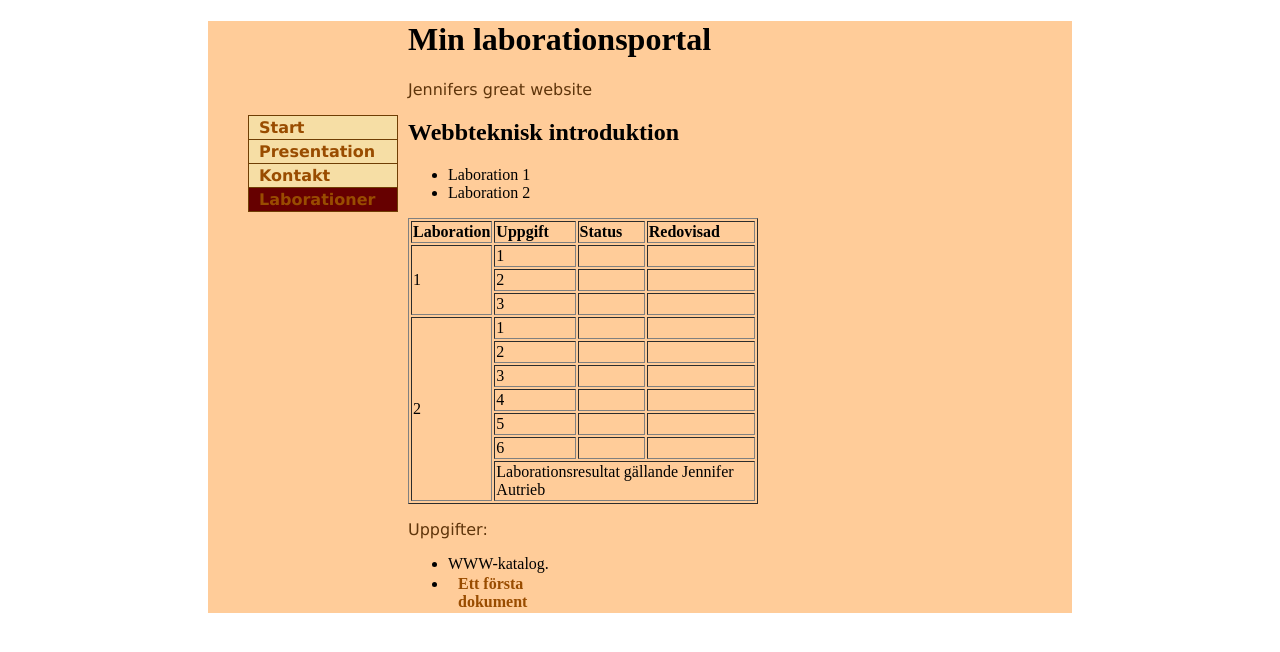
Repository: JeAut/1ik415-JeAut-laborationer
Page: WWW/pages/laborationer.html
The author's editor kept a record of every edit. The page is drawn from the files as they stood at one moment, then again after the next edit.
The browser window is 1280 px wide. The pictures show the whole page.

Above is the page before.

### WWW/pages/laborationer.html
<!DOCTYPE html>
<html>
    <head>
        <meta http-equiv="content-type" content="text/html; charset=utf-8" />
        <title>Laborationer</title>

        <link rel="stylesheet" href="../../css/style.css"/>
    </head>
    <body>
        <div id="body">
        <div id="header"><h1>Min laborationsportal</h1>
        <p>Jennifers great website</p>
        </div>

        <ul class="sidemenu">
            <div id="navigation">
            <div id="bc">
            <div id="ulsidemenu">
            <div id="ulsidemenu2">
            <li><a href="../../index.html"> Start</a></li>
            </div>
            <div id="ulsidemenu2">
            <li><a href="Presentation.html"> Presentation</a></li>
            </div>
            <div id="ulsidemenu2">
            <li><a href="kontakt.html"> Kontakt</a></li>
            </div>
            <div id="ulsidemenu2">
            <li><a href="laborationer.html" class="active"> Laborationer</a></li>
            </div>
            </div>
            </div>
            </div>
        </ul>
        <div id="container"><h2>Webbteknisk introduktion</h2>

        <ul>
            <li>Laboration 1</li>
            <li>Laboration 2</li>
        </ul>

        <table width="350" border="1">
        <tr>
        <td><b>Laboration</b></td>
        <td><b>Uppgift</b></td>
        <td><b>Status</b></td>
        <td><b>Redovisad</b></td>
        </tr>
        <tr>
            <td rowspan="3">1</td>
            <td>1</td>
            <td></td>
            <td></td>
        </tr>
        <tr>
            <td>2</td>
            <td></td>
            <td></td>
        </tr>
        <tr>
            <td>3</td>
            <td></td>
            <td></td>
        </tr>
        <tr>
            <td rowspan="9">2</td>
            <td>1</td>
            <td></td>
            <td></td>
        </tr>
        <tr>
            <td>2</td>
            <td></td>
            <td></td>
        </tr>
        <tr>
            <td>3</td>
            <td></td>
            <td></td>
        </tr>
        <tr>
            <td>4</td>
            <td></td>
            <td></td>
        </tr>
        <tr>
            <td>5</td>
            <td></td>
            <td></td>
        </tr>
        <tr>
            <td>6</td>
            <td></td>
            <td></td>
        </tr>
        <td colspan="4">Laborationsresultat gällande Jennifer Autrieb</td>
        </table>

        <p>Uppgifter:</p>

        <ul>
        <li>WWW-katalog.</li>
        <li><a href="Presentation.html#doc"> Ett första dokument</a></li>
        </ul>
        </div>
        </div>
    </body>
</html>

### css/style.css
/*Layout*/

#navigation {
    display:block;
    float:left;
}

#container {
    display:block;
    background-color:#FFCC99;
    margin-left:200px;
}

#header {
    display:block;
    margin-left:200px;
    background-color:#FFCC99;
}

#body {
    margin-right:200px;
    margin-left:200px;
    background-color:#FFCC99;
}

#bgimage {
    background-image:url(floral.jpg);
    -webkit-background-size: cover;
    -moz-background-size: cover;
    -o-background-size: cover;
    background-size: cover;
}




/*Listelement <li> meny*/

#bc {
    background-color:#D8B774;
}

#ulsidemenu {
    padding:0px;
    margin:0px;
    list-style:none;
    font-family:Verdana, Arial, Helvetica, sans-serif;
    border-bottom:1px solid #6F3E04;
    width:150px;
    background-color:#F6DEA5;
}

#ulsidemenu2 {
    border-top:1px solid #6F3E04;
    border-left:1px solid #6F3E04;
    border-right:1px solid #6F3E04;
}

a {
    text-decoration:none;
    display:block;
    width:128px;
    color:#994C00;
    font-weight:bold;
    padding:2px 10px;
}
a:hover {
    background-color:#B9BB79;
    color:#EEEEDC;
}


/*Typografi*/

p {
    color:#5F350B;
    font-family:Verdana, Arial, Helvetica, sans-serif;
}

p1 {
    color:#29640F;
    font-family:"Trebuchet MS", Helvetica, sans-serif;
}

.active {
    background-color:#660000;
}

After the next edit:
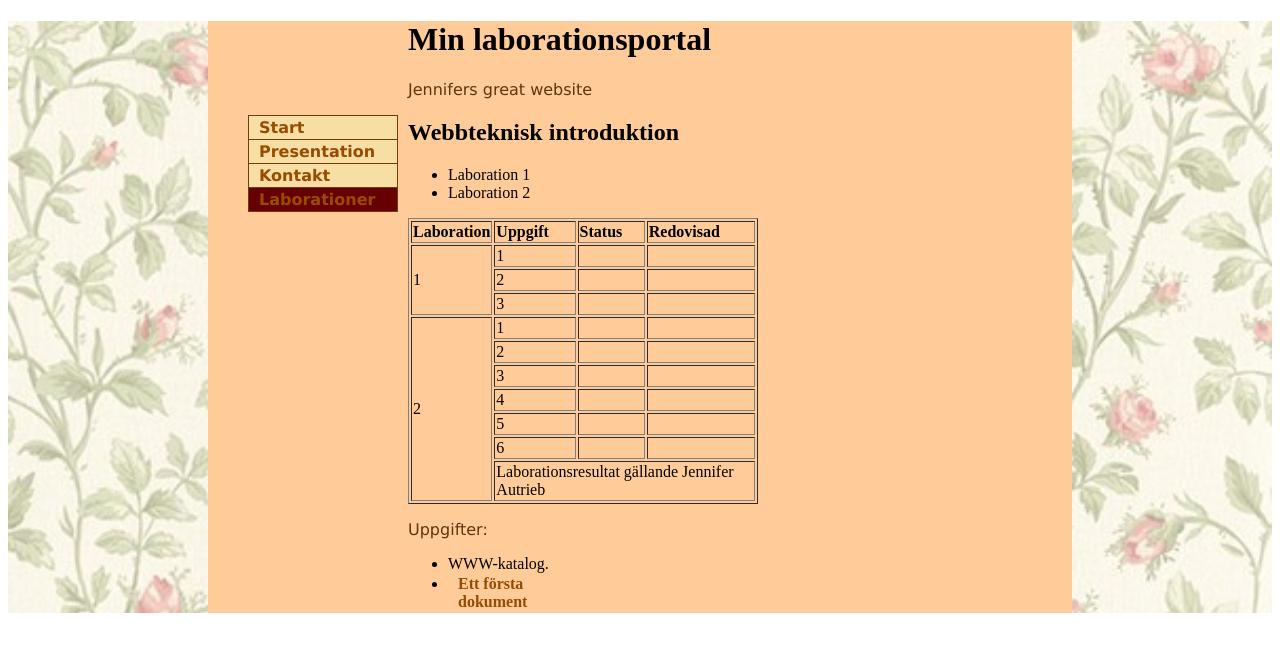
The edit:
--- a/WWW/pages/laborationer.html
+++ b/WWW/pages/laborationer.html
@@ -7,6 +7,7 @@
         <link rel="stylesheet" href="../../css/style.css"/>
     </head>
     <body>
+    <div id="bgimage">
         <div id="body">
         <div id="header"><h1>Min laborationsportal</h1>
         <p>Jennifers great website</p>
